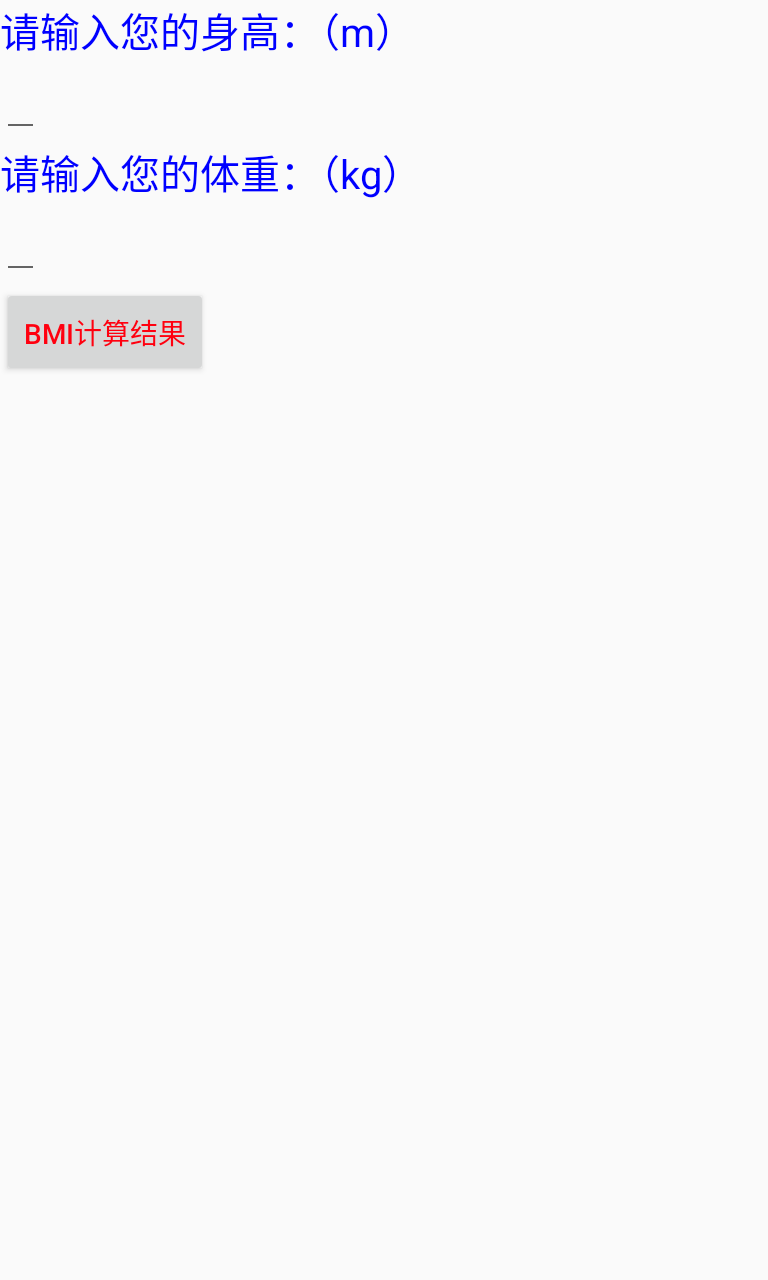
Repository: A207/guanjingjing
Layout: day4/nana/res/layout/activity_main.xml
The author's editor kept a copy of each file at every save. The layout is drawn from the files as they stood at one save, then again after the next save.
It is drawn on a 768 x 1280 px phone screen (xhdpi) without system bars, with theme AppTheme; the app's code is not run.

Above is the layout before, as saved 2015-07-13 06:03:45.

After the next save:
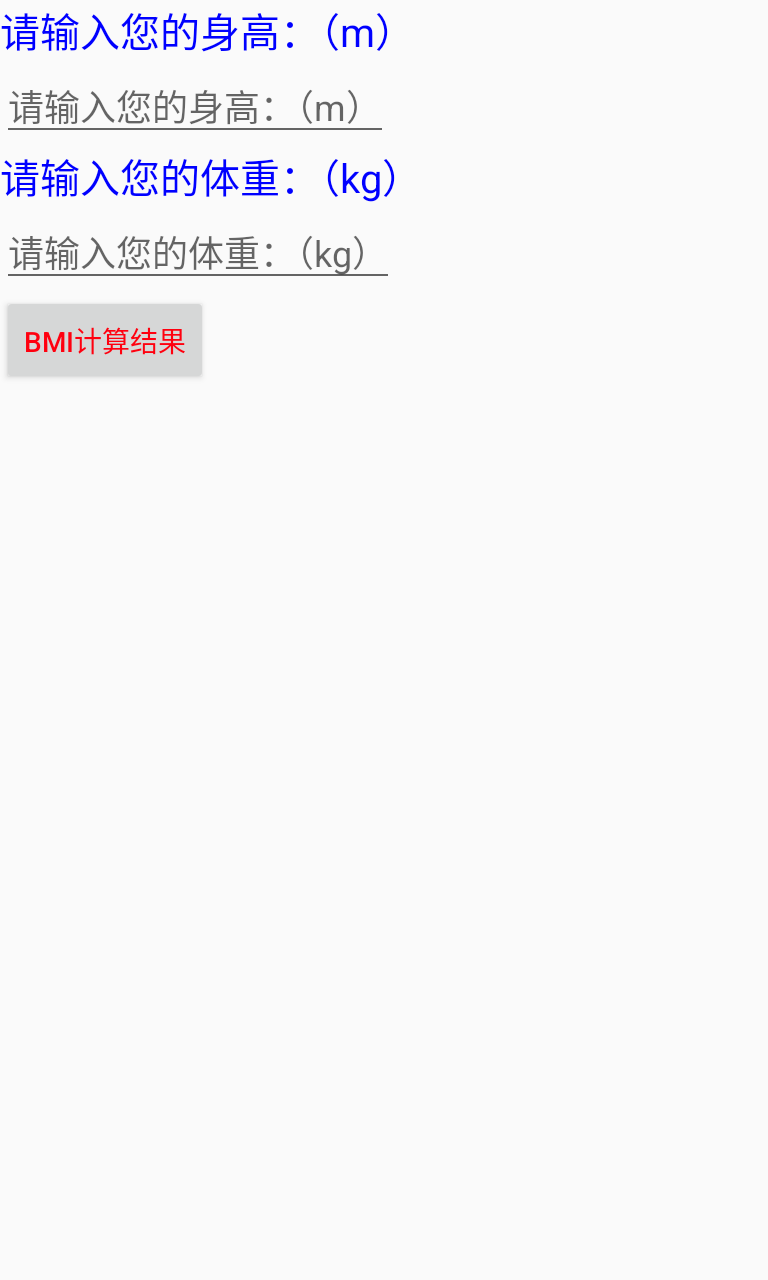
Saved 21 min 31 s later.
--- a/day4/nana/res/layout/activity_main.xml
+++ b/day4/nana/res/layout/activity_main.xml
@@ -18,6 +18,7 @@
     <EditText
     android:layout_width="wrap_content"
     android:layout_height="wrap_content"
+    android:hint="请输入您的身高：（m）"
     android:id="@+id/height"
    />
     <TextView
@@ -30,6 +31,7 @@
     <EditText
         android:layout_width="wrap_content"
         android:layout_height="wrap_content"
+        android:hint="请输入您的体重：（kg）"
         android:id="@+id/weight"
         android:inputType="number"
         />
